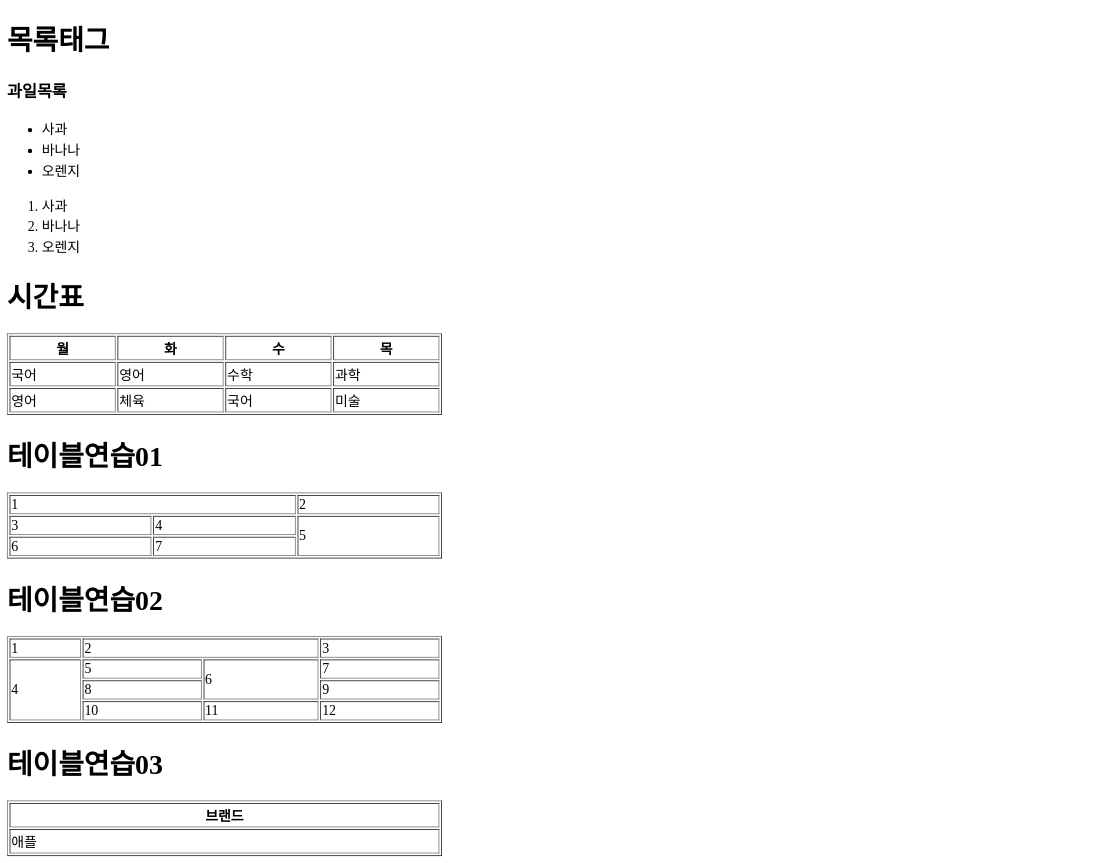
Repository: kmg8138/html
Page: 2020.04.06/ex0406/WebContent/ex04.html
An editor plug-in stored every save of this project. The page is shown before and after the next save, followed by the edit.
The browser window is 1280 px wide. The pictures show the whole page, at 87% of full size.

Above is the page before, as saved 2020-04-06 05:24:47.

### 2020.04.06/ex0406/WebContent/ex04.html
<!DOCTYPE html>
<html>
<head>
<meta charset="UTF-8">
<title>연습4</title>
</head>
<body>
	<h1>목록태그</h1>
	<h3>과일목록</h3>
	<ul>
		<li>사과</li>
		<li>바나나</li>
		<li>오렌지</li>
	</ul>

	<ol>
		<li>사과</li>
		<li>바나나</li>
		<li>오렌지</li>
	</ol>

	<h1>시간표</h1>
	<table border=1 width=500>
		<tr>
			<th>월</th>
			<th>화</th>
			<th>수</th>
			<th>목</th>
		</tr>
		<tr>
			<td>국어</td>
			<td>영어</td>
			<td>수학</td>
			<td>과학</td>
		</tr>
		<tr>
			<td>영어</td>
			<td>체육</td>
			<td>국어</td>
			<td>미술</td>
		</tr>
	</table>
	<h1>테이블연습01</h1>
	<table border=1 width=500>
		<tr>
			<td colspan=2>1</td>
			<td>2</td>
		</tr>
		<tr>
			<td>3</td>
			<td>4</td>
			<td rowspan=2>5</td>
		</tr>
		<tr>
			<td>6</td>
			<td>7</td>
		</tr>
	</table>
	<h1>테이블연습02</h1>
	<table border=1 width=500>
		<tr>
			<td>1</td>
			<td colspan=2>2</td>
			<td>3</td>
		</tr>
		<tr>
			<td rowspan=3>4</td>
			<td>5</td>
			<td rowspan=2>6</td>
			<td>7</td>
		</tr>
		<tr>
			<td>8</td>
			<td>9</td>
		</tr>
		<tr>
			<td>10</td>
			<td>11</td>
			<td>12</td>
		</tr>
	</table>
	<h1>테이블연습03</h1>
	<table border=1 width=500>
		<tr>
			<th colspan=6>브랜드</th>
		</tr>
		<tr>
			<td rowspan=6>애플</td>
		</tr>
	</table>
</body>
</html>

After the next save:
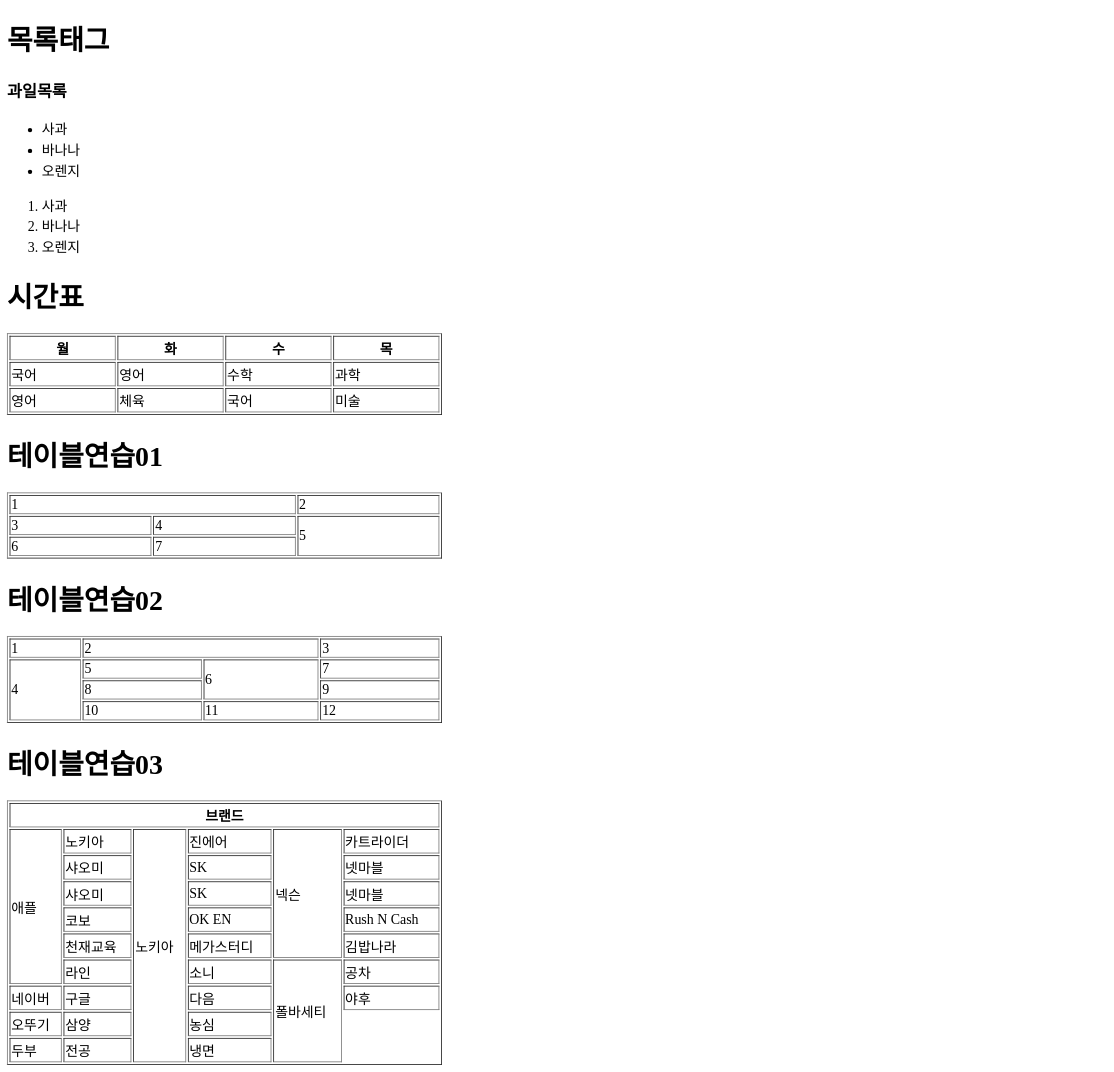
Saved 6 min 40 s later.
--- a/2020.04.06/ex0406/WebContent/ex04.html
+++ b/2020.04.06/ex0406/WebContent/ex04.html
@@ -86,6 +86,53 @@
 		</tr>
 		<tr>
 			<td rowspan=6>애플</td>
+			<td>노키아</td>
+			<td rowspan=9>노키아</td>
+			<td>진에어</td>
+			<td rowspan=5>넥슨</td>
+			<td>카트라이더</td>
+		</tr>
+		<tr>
+			<td>샤오미</td>
+			<td>SK</td>
+			<td>넷마블</td>
+		</tr>
+		<tr>
+			<td>샤오미</td>
+			<td>SK</td>
+			<td>넷마블</td>
+		</tr>
+		<tr>
+			<td>코보</td>
+			<td>OK EN</td>
+			<td>Rush N Cash</td>
+		</tr>
+		<tr>
+			<td>천재교육</td>
+			<td>메가스터디</td>
+			<td>김밥나라</td>
+		</tr>
+		<tr>
+			<td>라인</td>
+			<td>소니</td>
+			<td rowspan=4>폴바세티</td>
+			<td>공차</td>
+		</tr>
+		<tr>
+			<td>네이버</td>
+			<td>구글</td>
+			<td>다음</td>
+			<td>야후</td>
+		</tr>
+		<tr>
+			<td>오뚜기</td>
+			<td>삼양</td>
+			<td>농심</td>
+		</tr>
+		<tr>
+			<td>두부</td>
+			<td>전공</td>
+			<td>냉면</td>
 		</tr>
 	</table>
 </body>
